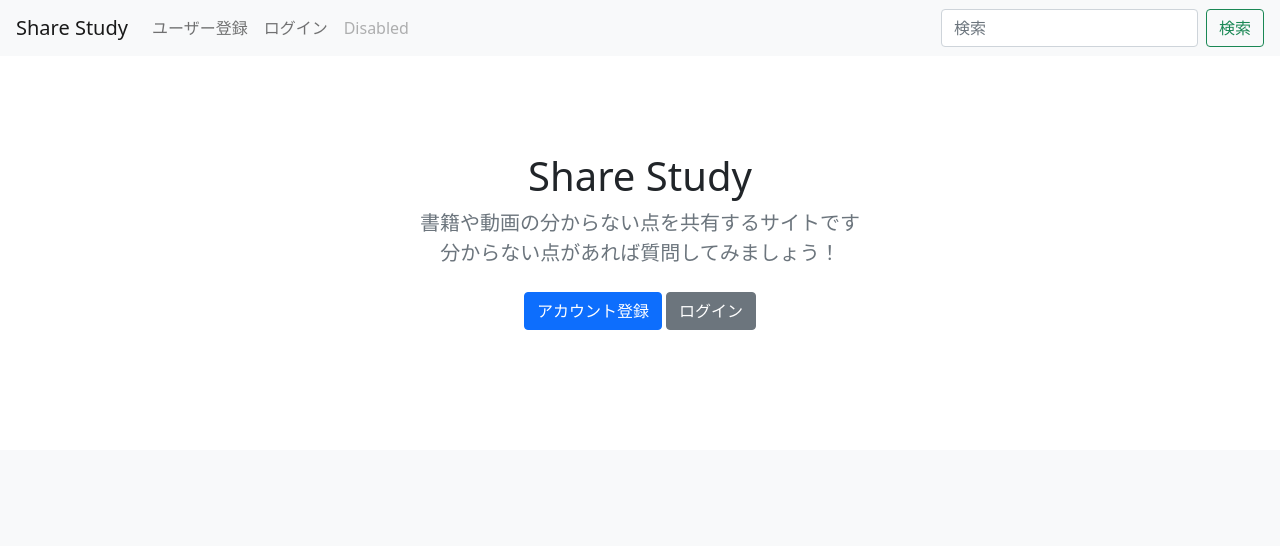
Repository: XXmoi10XX/StudyShareTest1
Page: http://localhost/search
These files come from the project's save history. The page is drawn as it stood at one moment and after the next save; the edit follows.
The browser window is 1280 px wide. The pictures show the whole page.
Some web libraries are served in a nearby version. The page is served by the project's Laravel application, run on PHP 8.4 with Laravel 8. Queries for data that is not in the repository find no rows.

Above is the page before, as saved 2021-03-25 01:04:39.

After the next save:
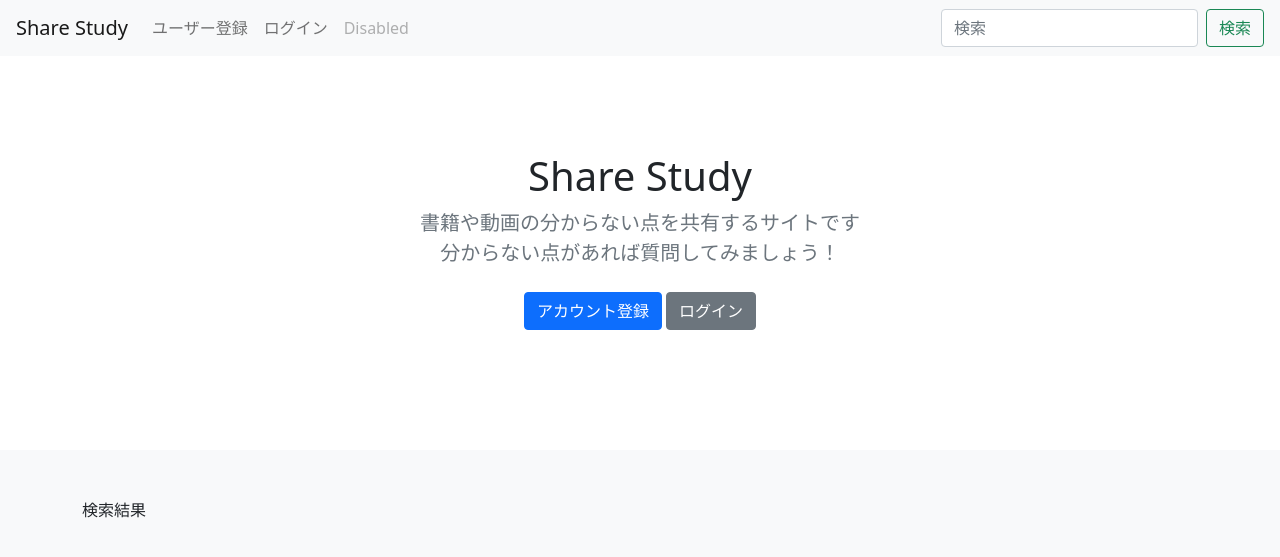
Saved 7 min 11 s later.
--- a/app/resources/views/search.blade.php
+++ b/app/resources/views/search.blade.php
@@ -48,6 +48,7 @@
 
         <div class="album py-5 bg-light">
             <div class="container">
+                <p>検索結果</p>
 
                 <div class="row row-cols-2 row-cols-sm-2 row-cols-md-3 g-2">
                     @foreach($books as $book)
